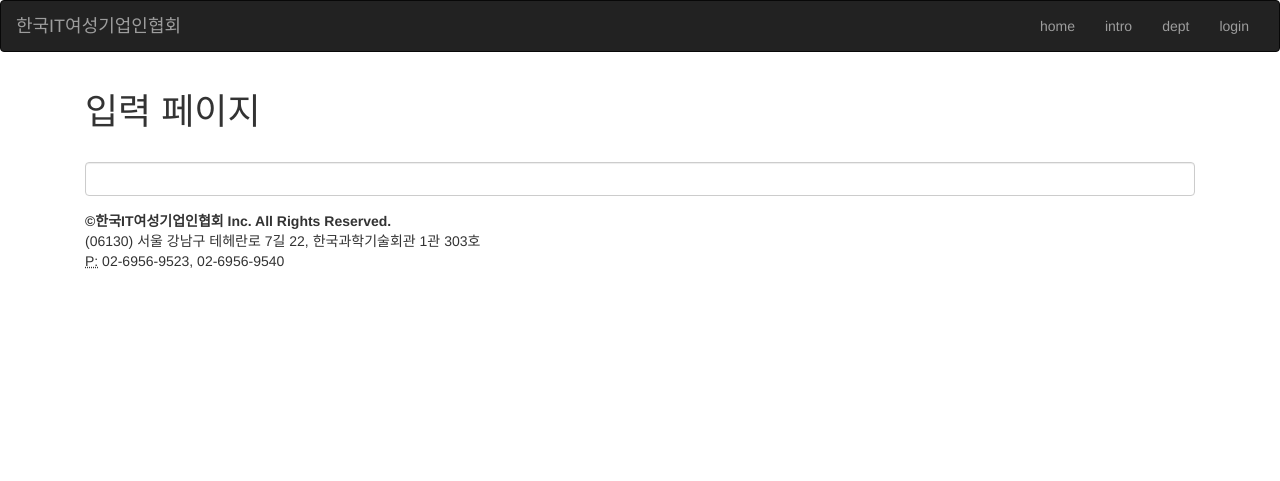
Repository: minho00123/sw-professional-training
Page: http://localhost/sts05/WEB-INF/views/dept/one.jsp
These files come from the project's save history. The page is drawn as it stood at one moment and after the next save; the edit follows.
The browser window is 1280 px wide. The pictures show the whole page.
The page is served by Tomcat 9. Nobody is signed in. The template is opened directly, without the code that normally fills it, so the values that code supplies are empty.

Above is the page before, as saved 2025-05-19 05:22:09.

After the next save:
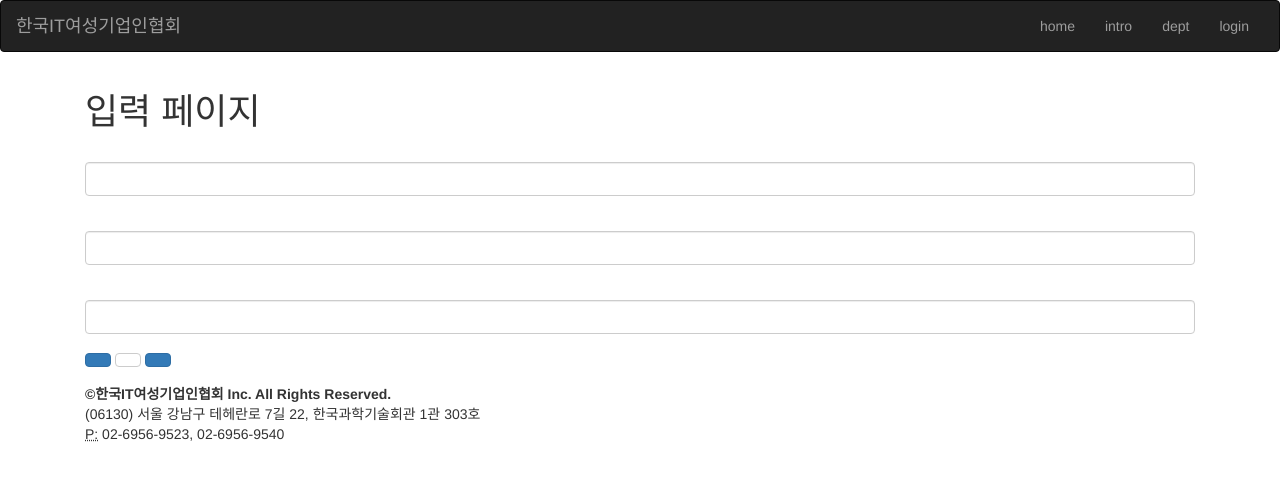
Saved 40 s later.
--- a/stsWorkspace/sts05/src/main/webapp/WEB-INF/views/dept/one.jsp
+++ b/stsWorkspace/sts05/src/main/webapp/WEB-INF/views/dept/one.jsp
@@ -12,7 +12,18 @@
 	<h1>입력 페이지</h1>
 	<form class="form" action="add" method="post">
 		<div class="form-group">
-			<label></label><input class="form-control" />
+			<label></label><input name="" class="form-control" />
+		</div>
+		<div class="form-group">
+			<label></label><input name="" class="form-control" />
+		</div>
+		<div class="form-group">
+			<label></label><input name="" class="form-control" />
+		</div>
+		<div class="form-group">
+			<button type="button" class="btn btn-primary"></button>
+			<button type="button" class="btn btn-default"></button>
+			<button type="button" class="btn btn-primary"></button>
 		</div>
 	</form>
 	<%@ include file="../layout/footer.jspf"%>
